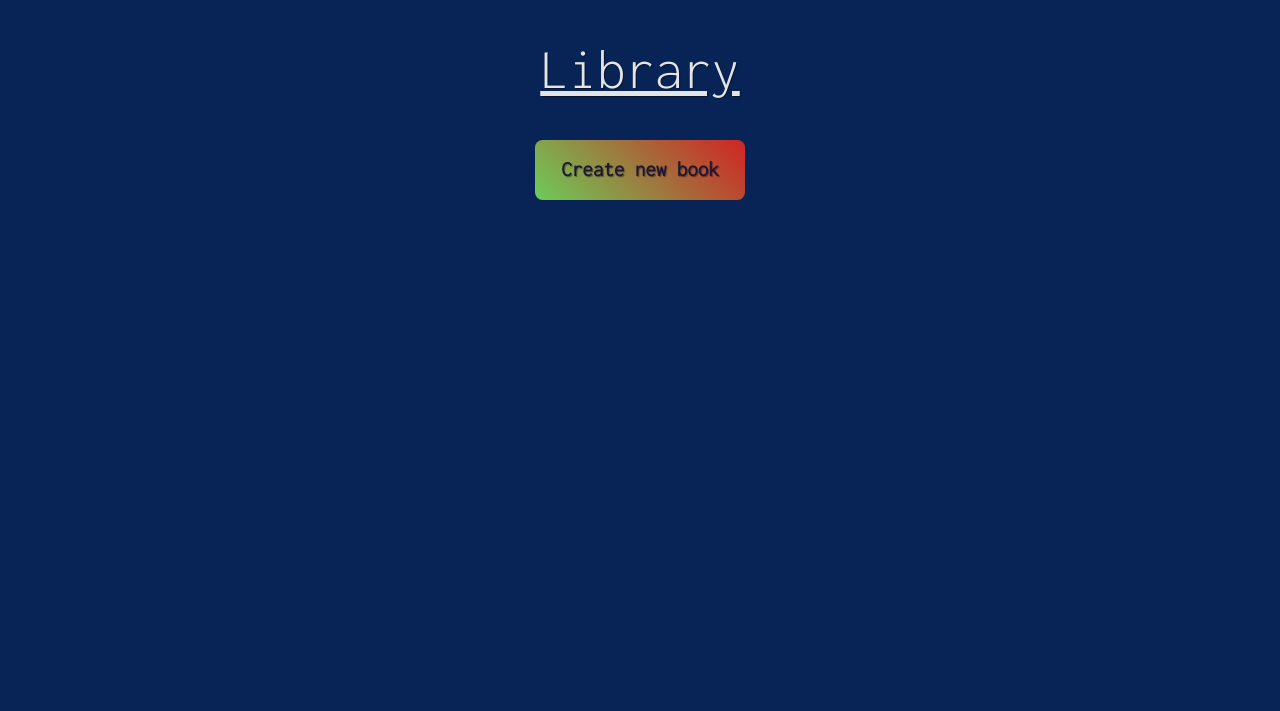
Repository: 0101chaitanya/Library
Page: index.html
The author's editor kept a copy of each file at every save. The page is drawn from the files as they stood at one save, then again after the next save.
The browser window is 1280 px wide. The pictures show the whole page.

Above is the page before, as saved 2021-06-05 13:00:53.
Console error: TypeError: Cannot read properties of null (reading 'forEach')

### index.html
<!DOCTYPE html>
<html>

<head>
    <meta charset="UTF-8">
    <link rel="stylesheet" type="text/css" href="styles.css">

</head>

<body>

    <div id="container">

    </div>
    <script type="text/javascript" src="script.js"></script>

</body>

</html>

### styles.css
@import url('https://fonts.googleapis.com/css2?family=Inconsolata:wght@300&display=swap');
 :root {
    --color-white: #f3f3f3;
    --color-darkblue-alpha: rgba(27, 27, 50, 0.8);
    --color-green: #082457;
}

@media (max-width: 340px) {
     :root {
        font-size: 2px;
    }
}

@media (max-width: 500px) {
     :root {
        font-size: 7.2px;
    }
}

@media (min-width: 501px) {
     :root {
        font-size: 15px;
    }
}

*,
*::before,
*::after {
    box-sizing: border-box;
}

body {
    font-family: 'Inconsolata', monospace;
    font-size: 1rem;
    font-weight: 1000;
    line-height: 1.4;
    color: var(--color-white);
    margin: 0;
}

body::before {
    content: '';
    position: fixed;
    height: 100%;
    width: 100%;
    z-index: -1;
    background: var(--color-green);
}

header {
    font-weight: 500;
    font-size: 3.8rem;
    position: relative;
    top: 2rem;
    text-decoration: underline;
    margin-top: 0rem;
    text-shadow: 1px 1px 1px rgba(0, 0, 0, 0.4);
    color: #e4e4e4;
    text-align: center;
}

label {
    display: flex;
    align-items: center;
    font-size: 1.2rem;
}

input,
button {
    margin: 0;
    font-size: inherit;
    font-family: inherit;
    line-height: inherit;
}

button {
    border: none;
}

#container {
    width: 100%;
    margin: 0rem auto 0 auto;
}

@media (min-width: 576px) {
    #container {
        max-width: 540px;
    }
}

@media (min-width: 768px) {
    #container {
        max-width: 720px;
    }
}

#newBookButton {
    font-size: 1.4rem;
    width: 14rem;
    height: 4rem;
    position: relative;
    margin-top: 4rem;
    background: linear-gradient(45deg, rgb(108, 204, 88), rgb(209, 36, 36));
    font-weight: bold;
    border-radius: 0.5rem;
    text-shadow: 1px 1px 1px rgba(0, 0, 0, 0.4);
    color: rgb(29, 23, 53);
    margin-left: auto;
    margin-right: auto;
    display: block;
}

#newBookButton:hover {
    background: goldenrod;
    box-shadow: 0 0 1rem 0.1rem green;
}

form {
    display: none;
    flex-direction: column;
    align-items: center;
    justify-items: center;
    width: fit-content;
    position: relative;
    top: 2rem;
    margin-left: auto;
    margin-right: auto;
    background: var(--color-darkblue-alpha);
    padding: 2.5rem 6.25rem;
    border-radius: 1rem;
}

@media (min-width:480px) {
    form {
        padding: 3rem;
    }
}

.formGroup {
    margin: 0 auto 1.25rem auto;
}

.textBox {
    font-weight: bold;
    display: block;
    width: 22rem;
    height: 2.4rem;
    padding: - .375rem 2rem;
    background-color: white;
    background-clip: padding-box;
    border: 1px solid #ced4da;
    border-radius: 0.4rem;
    transition: border-color 0.15s ease-in- out, box-shadow 0.15s ease-in-out;
}

.textBox:focus {
    border-color: #80bdff;
    outline: 0;
    box-shadow: 0 0 1rem rgba(0, 255, 85, 0.25);
}

h1 {
    position: relative;
    text-align: center;
    margin-left: 0;
    margin: 0 0 3rem;
    color: rgb(227, 234, 238);
}

#authorInput {
    position: relative;
    left: 2rem;
}

#titleInput {
    position: relative;
    left: 2.6rem;
}

#pagesInput {
    position: relative;
    left: 2.6rem;
    width: 6rem;
    height: 2.4rem;
    padding: - 0.375rem 0.75rem;
    background-color: white;
    background-clip: padding-box;
    border: 1px solid #ced4da;
    border-radius: 0.4rem;
    transition: border-color 0.15s ease-in- out, box-shadow 0.15s ease-in-out;
    font-weight: bold;
}

#pagesInput:focus {
    border-color: #80bdff;
    outline: 0;
    box-shadow: 0 0 0 0.2rem rgba(0, 255, 85, 0.25);
}

#urlInput {
    position: relative;
    height: 2.4rem;
    width: 22rem;
    left: 3.85rem;
    padding: - .375rem 2rem;
    background-color: white;
    background-clip: padding-box;
    border: 1px solid #ced4da;
    border-radius: 0.4rem;
    transition: border-color 0.15s ease-in- out, box-shadow 0.15s ease-in-out;
}

#urlInput:focus {
    border-color: #80bdff;
    outline: 0;
    box-shadow: 0 0 1rem rgba(0, 255, 85, 0.25);
}

#readInput {
    position: relative;
    left: 3.3rem;
    opacity: 0;
}

.checkMark {
    position: relative;
    display: inline-flex;
    justify-content: center;
    align-items: center;
    left: 2.4rem;
    height: 1.7rem;
    width: 1.7rem;
    border-color: black;
    border-style: solid;
    border-width: 0.01rem;
    color: rgb(241, 232, 237);
    background: rgb(241, 232, 237);
    border-radius: 0.4rem;
}

#readInput:checked~.checkMark {
    color: rgb(26, 28, 43);
    background: rgb(84, 139, 221);
}

#submission {
    display: flex;
    justify-content: center;
    position: relative;
    top: 1rem;
}

.selection {
    margin: 0 2rem auto 3rem;
    height: 2.5rem;
    width: 100%;
    padding: 0.7rem;
    border-radius: 0.5rem;
    font-weight: bold;
    background: linear-gradient(45deg, rgb(108, 204, 88), rgb(209, 36, 36));
}

.selection:hover {
    background: goldenrod;
    box-shadow: 0 0 1rem 0.1rem green;
}

#vb {
    position: relative;
    display: block;
    margin-left: auto;
    margin-right: auto;
    top: 2rem;
    height: auto;
    width: auto;
}

.divElement {
    font-weight: bold;
    border-radius: 1rem;
    display: flex;
    border: 1px solid rgb(133, 38, 128);
    flex-direction: column;
    align-items: flex-start;
    padding: 0rem 1rem;
    color: #e8f1e8;
    height: 11rem;
    font-size: 1.2rem;
    background-color: rgb(56, 24, 77);
    box-shadow: 0 0 0.5rem 0rem rgb(128, 119, 0);
}

p:nth-of-type(3) {
    position: relative;
    left: 22rem;
    top: -8.1rem;
}

.divElement label {
    position: relative;
    left: 22rem;
    top: -7.1rem;
}

.deleteBtn {
    width: fit-content;
    position: relative;
    display: block;
    margin-left: auto;
    margin-right: auto;
    top: -5.7rem;
    border-radius: 0.3rem;
    background: linear-gradient(45deg, rgb(108, 204, 88), rgb(209, 36, 36));
}

.deleteBtn:hover {
    background: goldenrod;
    box-shadow: 0 0 1rem 0.1rem green;
}

### script.js
'use strict';
let container = document.getElementById("container");
let heading = document.createElement("header");
heading.textContent = 'Library';
container.appendChild(heading);
let newBook = document.createElement('button');
newBook.id = 'newBookButton';
newBook.textContent = 'Create new book';
container.appendChild(newBook);

let form = document.createElement('form');
let h1 = document.createElement('h1');
form.appendChild(h1);
//form.method = "post";
let divInput = document.createElement('div');
divInput.id = 'divInput';

function createElmt(labelName, labelId, tipe, labelTextContent, inputId, inpId, req, place, checkMk) {

    let formGroup = document.createElement('div');
    formGroup.classList.add('formGroup');
    labelName = document.createElement('label');
    labelName.textContent = labelTextContent;
    labelName.name = labelId;
    labelName.id = labelId;
    labelName.htmlFor = inputId;
    inputId = document.createElement('input');
    inputId.type = tipe;
    inputId.id = inpId;
    inputId.required = req;
    inputId.placeholder = place;
    if (inputId.type == 'text') {
        inputId.classList.add('textBox');
    }
    labelName.appendChild(inputId);
    if (checkMk == 'read') {
        let span = document.createElement('span');
        span.className = 'checkMark';
        span.innerHTML = '&#10003';


        labelName.appendChild(span);
    }
    formGroup.appendChild(labelName);

    divInput.appendChild(formGroup);
}

h1.textContent = `New Book`;
createElmt('author', 'author', 'text', 'Author:', 'authorInput', 'authorInput', true, 'Enter name of author');
createElmt('title', 'title', 'text', 'Title:', 'titleInput', 'titleInput', true, 'Enter title of the book');
createElmt('pages', 'pages', 'number', 'Pages:', 'pagesInput', 'pagesInput', true, '');
createElmt('read', 'read', 'checkbox', 'Read:', 'readInput', 'readInput', false, null, 'read');
form.appendChild(divInput);
let submission = document.createElement('div');
submission.classList.add('formGroup');
submission.id = 'submission';
let submitBtn = document.createElement('button');
submitBtn.textContent = 'Submit-form';
submitBtn.id = "submitBtn";
submitBtn.type = 'button';
submitBtn.classList.add('selection');
submission.appendChild(submitBtn);
let cancel = document.createElement('button');
cancel.textContent = 'Cancel';
cancel.id = 'cancel';
cancel.type = 'button';
cancel.classList.add('selection');
submission.appendChild(cancel);
form.appendChild(submission);
container.appendChild(form);
let viewBox = document.createElement('div');
viewBox.id = 'vb';
container.appendChild(viewBox);

function setBookObj(author, title, pages, readStatus) {
    this.author = author;
    this.title = title;
    this.pages = pages;
    this.readStatus = readStatus;
}

let objArray = [];

let x = document.getElementById(`authorInput`);
let i = 0;
localStorage.clear();
submitBtn.addEventListener('click',
    function() {
        // let obj =
        window[`obj` + objArray.length] = new setBookObj(form.elements[0].value, form.elements[1].value, form.elements[2].value, form.elements[3].checked);
        console.log(`obj` + objArray.length);

        objArray.splice(objArray.length, 0, window[`obj` + objArray.length]);
        console.log();
        console.log(objArray);
        //        objArray.splice(i, 0, obj);
        localStorage.setItem(`objArray`, JSON.stringify(objArray));

        form.submit();


    }); //console.log(ObjArray.length);


objArray = JSON.parse(localStorage.getItem(`objArray`));

console.log(objArray);
if (objArray !== []) {
    objArray.forEach((item, j) => {

        if (item !== null) {
            let divOut = document.createElement('div');
            divOut.id = `divOut${i}`;
            divOut.classList.add('divElement');
            let authOut = document.createElement('p');
            authOut.classList.add(`out`);
            authOut.textContent = `Author of the book : ${item.author}`;
            let titleOut = document.createElement('p');
            titleOut.textContent = `Title of the book : ${item.title}`;;
            titleOut.classList.add(`out`);
            let pgsOut = document.createElement('p');
            pgsOut.textContent = `No of pages : ${item.pages}`;
            pgsOut.classList.add(`out`);
            let redLabel = document.createElement('label');
            redLabel.classList.add(`out`);
            redLabel.textContent = `Read :`;
            let redOut = document.createElement('input');
            redLabel.htmlFor = redOut;
            redOut.type = 'checkbox';
            redLabel.appendChild(redOut);
            redOut.checked = item.readStatus;
            divOut.appendChild(authOut);
            divOut.appendChild(titleOut);
            divOut.appendChild(pgsOut);
            divOut.appendChild(redLabel);

            let deleteBtn = document.createElement('button');
            deleteBtn.type = 'button';
            deleteBtn.classList.add('deleteBtn');
            deleteBtn.textContent = 'Delete';
            deleteBtn.addEventListener('click', e => {
                objArray.splice(j, 1, 0);
                divOut.remove();
                console.log(objArray);
            });


            divOut.appendChild(deleteBtn);
            viewBox.appendChild(divOut);

            console.log(item);
        }
    });
}
form.style.display = 'flex';

function formEnable() {
    form.style.display = 'flex';
}

function formDisable() {
    form.style.display = 'none';
}

After the next save:
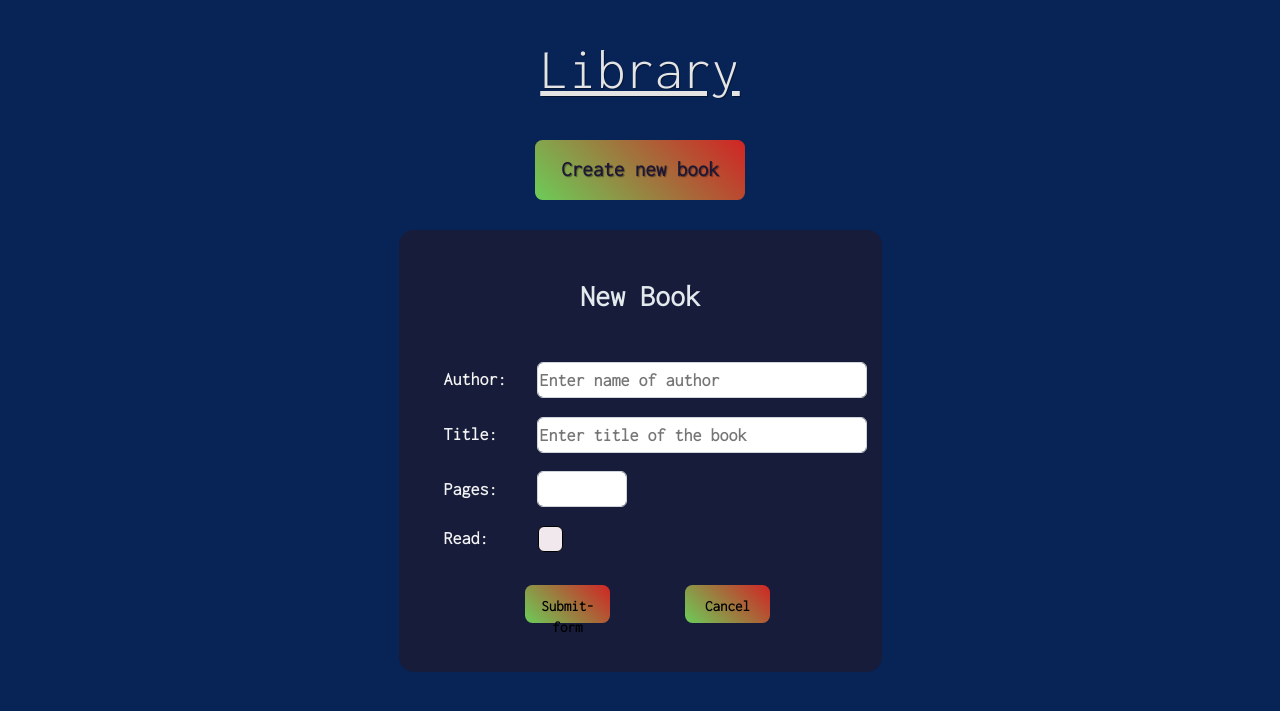
The error is gone.
Saved 16 s later.
--- a/script.js
+++ b/script.js
@@ -106,7 +106,7 @@ submitBtn.addEventListener('click',
 objArray = JSON.parse(localStorage.getItem(`objArray`));
 
 console.log(objArray);
-if (objArray !== []) {
+if (objArray !== null) {
     objArray.forEach((item, j) => {
 
         if (item !== null) {
